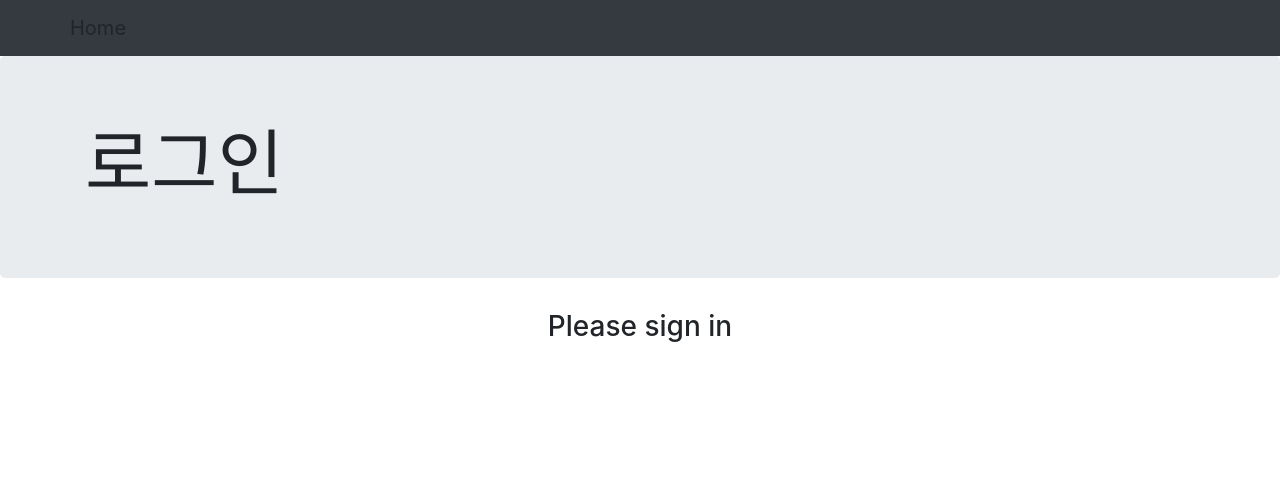
Repository: ramperrit/JSP
Page: http://localhost/WebMarket/login.jsp
The author's editor kept a copy of each file at every save. The page is drawn from the files as they stood at one save, then again after the next save.
The browser window is 1280 px wide. The pictures show the whole page.
The page is served by Tomcat 9. Other server files are loaded and not shown.

Above is the page before, as saved 2024-02-28 01:49:35.

### WebMarket/src/main/webapp/login.jsp
<%@ page language="java" contentType="text/html; charset=utf-8"%>
<html>
<head>
<link rel = "stylesheet" href = "./resources/css/bootstrap.min.css" />
<title>Login</title>
</head>
<body>
	<jsp:include page="menu.jsp"/>
	<div class="jumbotron">
		<div class="container">
			<h1 class="display-3">로그인</h1>
		</div>
	</div>
	<div class="container" align="center">
		<div class="col-md-4 col-md-offset-4">
			<h3 class="form-signin-heading">Please sign in</h3>
			<%
				String error = request.getParameter("error");
				if(error != null){
					out.println("<div class='alert alert-danger'>");
					out.println("아이디와 비밀번호를 확인해주세요.");
					out.println("</div>");
				}
			%>
		</div>

	</div>
</body>
</html>

### WebMarket/src/main/webapp/menu.jsp
<nav class = "navbar navbar-expand navbar-dark bg-dark">
		<div class = "container">
			<div class = "navbar-header">
				<a class = "navbar-brand" herf="./Welcome.jsp">Home</a>
			</div>
		</div>
	</nav>

Loaded but not shown: WebMarket/src/main/webapp/resources/css/bootstrap.min.css (library)

After the next save:
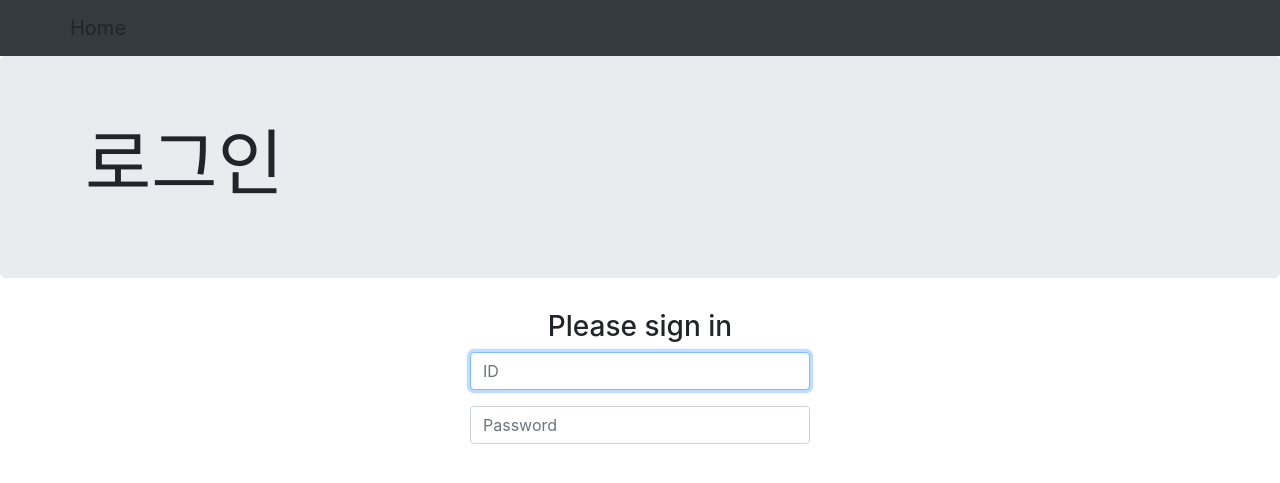
Saved 14 min 54 s later.
--- a/WebMarket/src/main/webapp/login.jsp
+++ b/WebMarket/src/main/webapp/login.jsp
@@ -22,6 +22,18 @@
 					out.println("</div>");
 				}
 			%>
+			<form class="form-signin" action="j_security_check" method="post">
+				<div class="form-group">
+					<label for="inputUsername" class="sr-only">User Name</label>
+					<input type="text" class="form-control" placeholder="ID" name='j_username' required autofocus>
+				</div>
+				<div class="form-group">
+					<label for="inputPassWord" class="sr-only">Password</label>
+					<input type="password" class="form-control" placeholder="Password" name='j_password' required>
+				</div>
+
+			</form>
+
 		</div>
 
 	</div>
